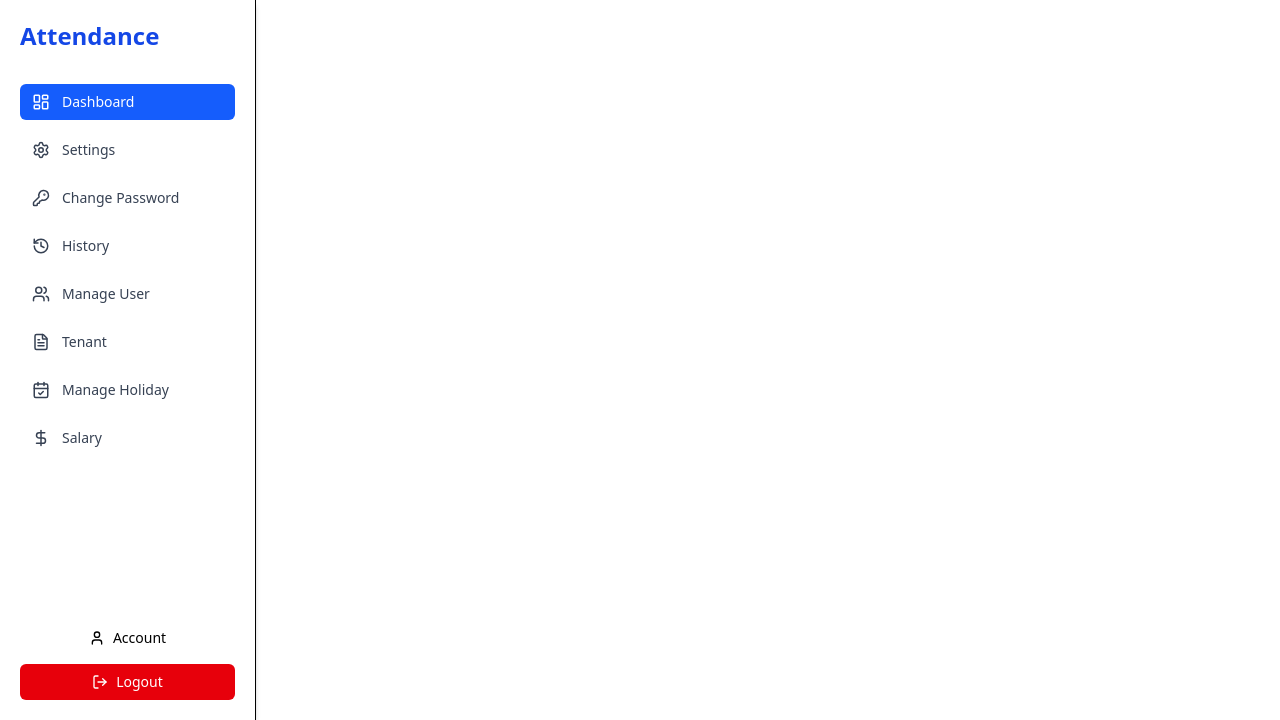
Repository: sushilaneupane/attendanceSystem
Page: /dashboard
The author's editor kept a copy of each file at every save. The page is drawn from the files as they stood at one save, then again after a run of saves.
The browser window is 1280 px wide. The pictures show the whole page.
The project was rebuilt for these pictures with package versions that can differ from the ones it lists, and the page was loaded fresh each time. Also part of the build but not shown: vite.config.ts, src/components/ui/input.tsx, src/components/ui/label.tsx, src/components/ui/card.tsx, src/api/usersApi.ts, src/hooks/useUser.ts, src/pages/Login/index.tsx, src/pages/Register/index.tsx and 1 more.

Above is the page before, as saved 2025-11-05 13:27:58.

After the next 2 saves:
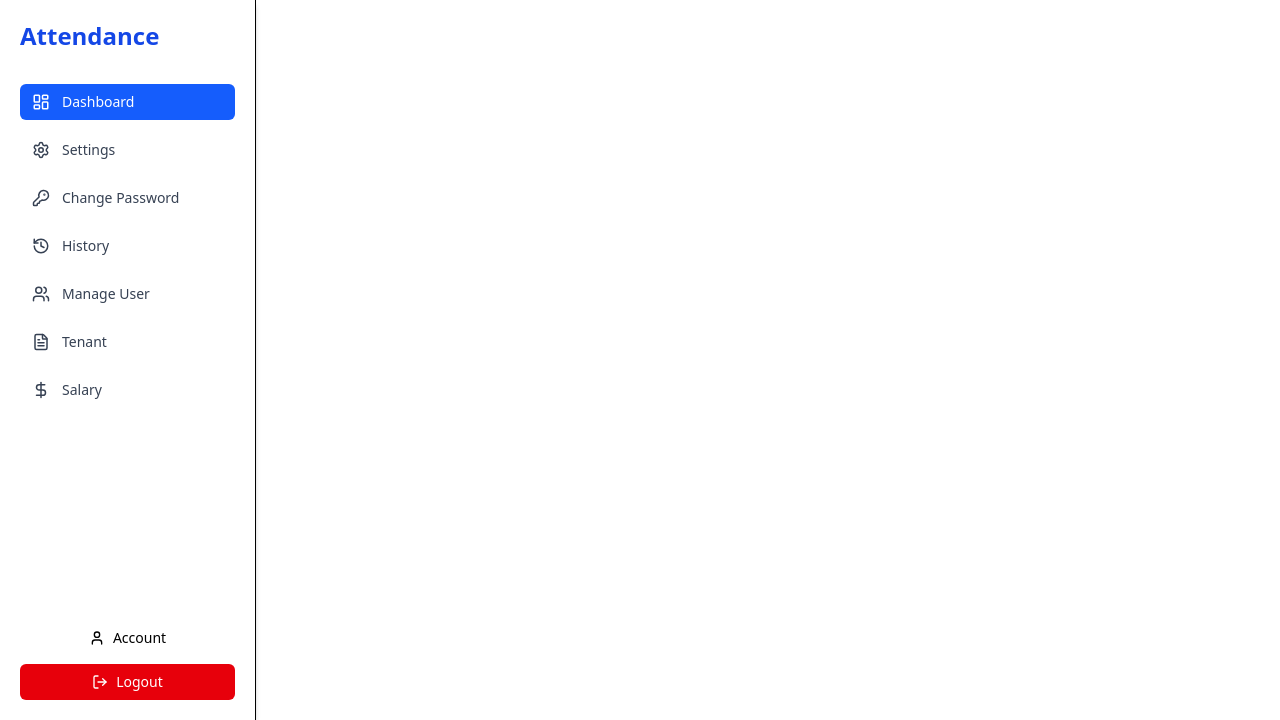
The 2 saves are shown as one change because they came seconds apart.
The last was saved 29 s later.
--- a/src/pages/admin/AdminDashboard.tsx
+++ b/src/pages/admin/AdminDashboard.tsx
@@ -34,7 +34,6 @@ export default function Dashboard() {
     { name: "History", path: "/history", icon: <History size={18} /> },
     { name: "Manage User", path: "/user", icon: <Users size={18} /> },
     { name: "Tenant", path: "/tenant", icon: <FileText size={18} /> },
-    { name: "Manage Holiday", path: "/holiday", icon: <CalendarCheck size={18} /> },
     { name: "Salary", path: "/salary", icon: <DollarSign size={18} /> },
   ];
 
